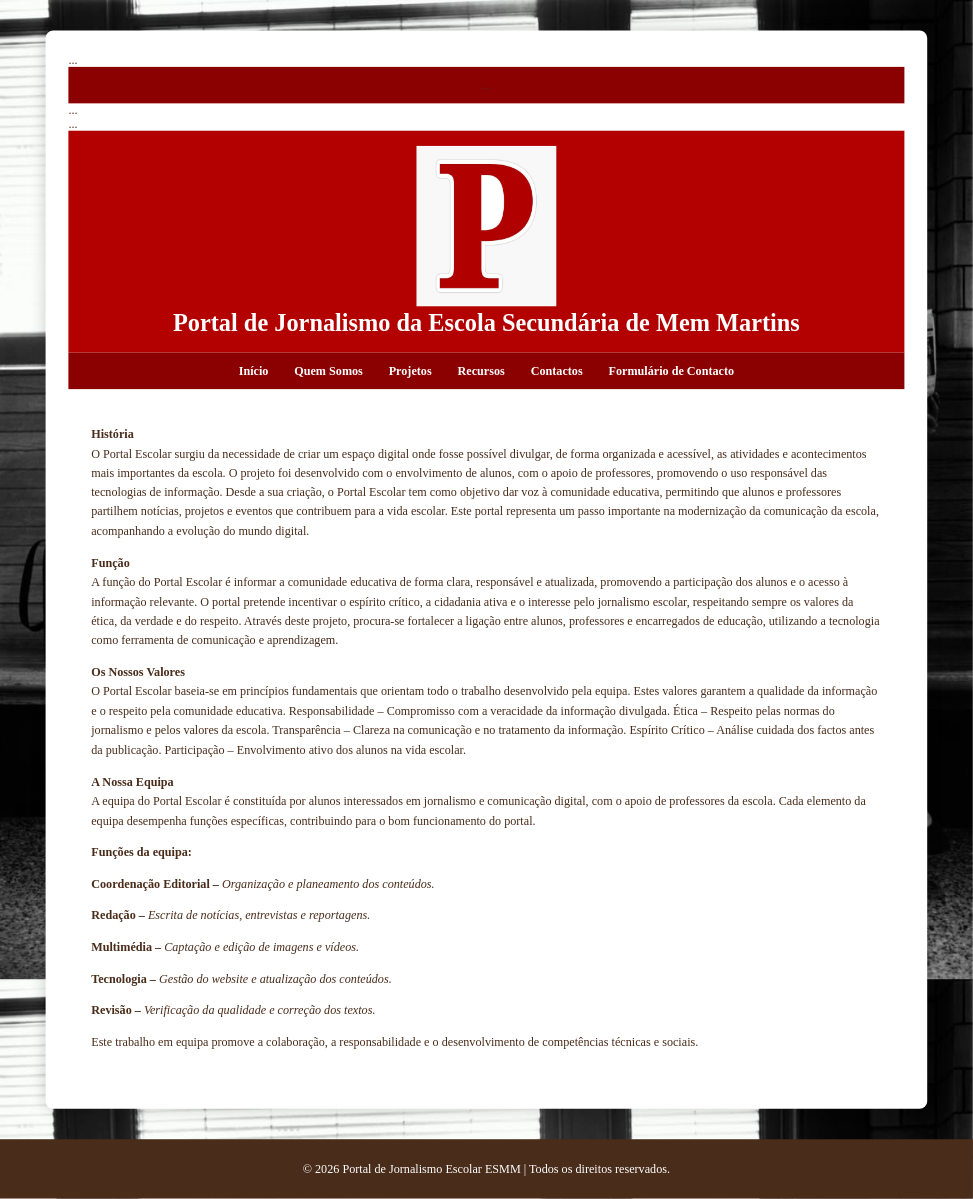
Repository: Sofiampsantos/Portal-de-Jornalismo-Escolar
Page: http://localhost/FormularioContacto/quem_somos.html
These files come from the project's save history. The page is drawn as it stood at one moment and after the next save; the edit follows.
The browser window is 1280 px wide. The pictures show the whole page, at 76% of full size.
Backgrounds fixed to the window are drawn as part of the page. Some web fonts or font styles are not loaded; a fallback is used. The page is served by Tomcat 10.

Above is the page before, as saved 2026-05-23 18:41:09.
Console error: TypeError: Cannot set properties of null (setting 'innerText')

After the next save:
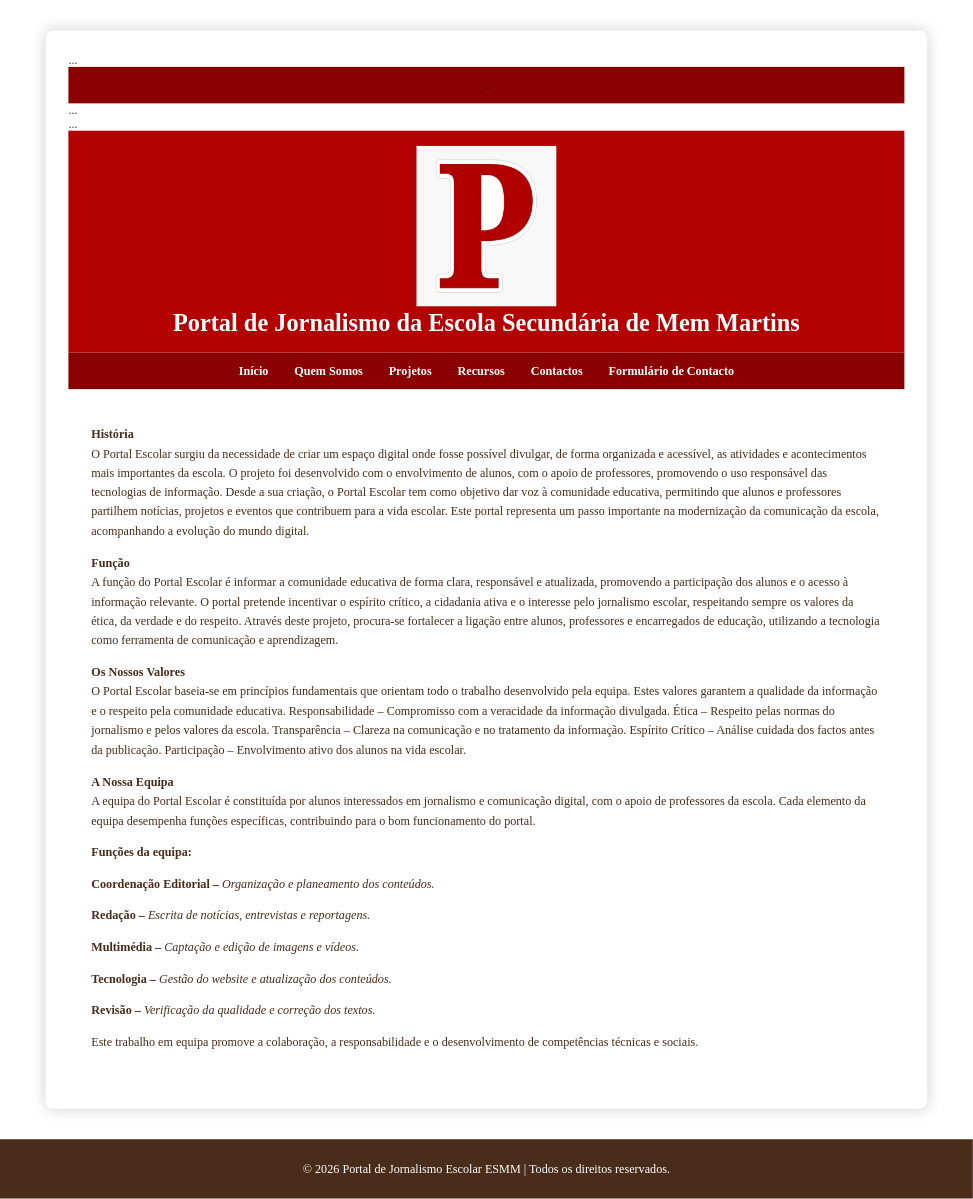
Saved 2 min 17 s later.
--- a/ProjetoProgV2/FormularioContacto/src/main/webapp/styles/estilo.css
+++ b/ProjetoProgV2/FormularioContacto/src/main/webapp/styles/estilo.css
@@ -4,16 +4,11 @@
 
 /* ===== ESTILO GERAL ===== */
 
+/* ===== ESTILO GERAL ===== */
 body {
-	background-image: url('../img/jornmulheres.jpg');
-    background-size: cover;
-    background-repeat: no-repeat;
-    background-attachment: fixed;
-    background-position: center;
     margin: 0;
     padding: 0;
     font-family: "Times New Roman", Times, serif;
-    background-color: #ffffff;
     color: #4a2c1a;
 }
 
